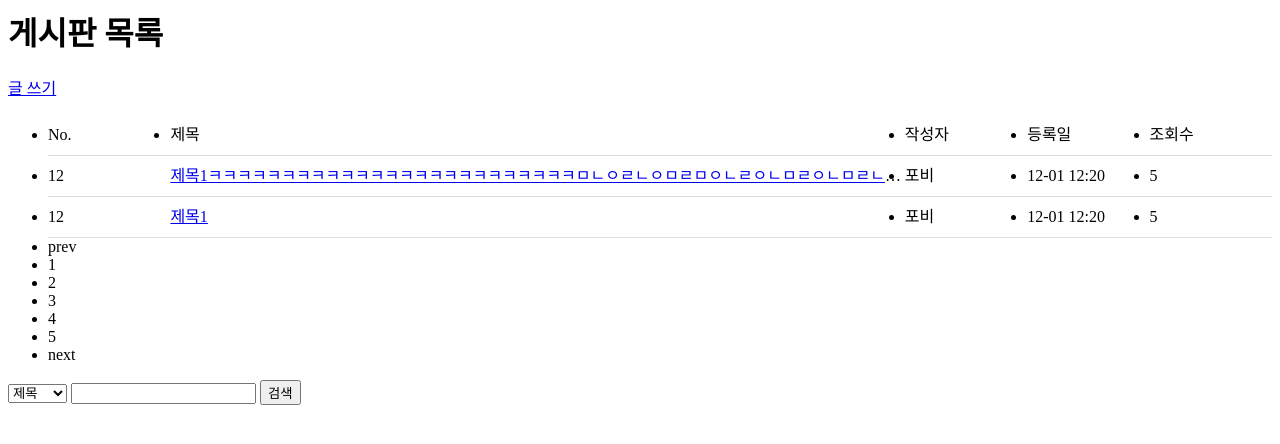
Repository: smg1024/StudySpring
Page: http://localhost/webSpringTest/WEB-INF/views/board/boardList.jsp
The author's editor kept a copy of each file at every save. The page is drawn from the files as they stood at one save, then again after the next save.
The browser window is 1280 px wide. The pictures show the whole page.
The page is served by Tomcat 9. Nobody is signed in. Other server files are loaded and not shown. The template is opened directly, without the code that normally fills it, so the values that code supplies are empty.

Above is the page before, as saved 2022-12-14 01:26:46.

### webSpringTest/src/main/webapp/WEB-INF/views/board/boardList.jsp
<%@ page language="java" contentType="text/html; charset=UTF-8"
    pageEncoding="UTF-8"%>
<%@ taglib uri="http://java.sun.com/jsp/jstl/core" prefix="c" %>
<link rel="stylesheet" href="/myapp/js_css/board.css" type="text/css">
<title>게시판 목록</title>
<div class="container">
	<h1>게시판 목록</h1>
	<div>
		<a href="/myapp/board/boardPost">글 쓰기</a>
	</div>
	<ul class="boardList">
		<li>No.</li>
		<li>제목</li>
		<li>작성자</li>
		<li>등록일</li>
		<li>조회수</li>

		<li>12</li>
		<li class="word-cut"><a href="/myapp/board/boardView?postno=#">제목1ㅋㅋㅋㅋㅋㅋㅋㅋㅋㅋㅋㅋㅋㅋㅋㅋㅋㅋㅋㅋㅋㅋㅋㅋㅋㅁㄴㅇㄹㄴㅇㅁㄹㅁㅇㄴㄹㅇㄴㅁㄹㅇㄴㅁㄹㄴㅇㅁㄴㅇㄹㅁㄹㄴㅇㅁㄹㄴㅇㅁㄴㅇㄹㅁㄴㅇㄹㅁㄴㅇㄹㅁㄹㅇ</a></li>
		<li>포비</li>
		<li>12-01 12:20</li>
		<li>5</li>

		<li>12</li>
		<li class="word-cut"><a href="/myapp/board/boardView?postno=#">제목1</a></li>
		<li>포비</li>
		<li>12-01 12:20</li>
		<li>5</li>
	</ul>
	<!-- 페이지 처리 -->
	<div>
		<ul>
			<li>prev</li>
			<li>1</li>
			<li>2</li>
			<li>3</li>
			<li>4</li>
			<li>5</li>
			<li>next</li>
		</ul>
	</div>
	<!-- 검색 기능 -->
	<div>
		<form action="/myapp/board/boardList">
			<select name="searchKey">
				<option>제목</option>
				<option>내용</option>
				<option>작성자</option>
			</select>
			<input type="text" name="searchValue" id="searchValue">
			<input type="submit" value="검색">
		</form>
	</div>
</div>

### webSpringTest/src/main/webapp/js_css/board.css
@charset "UTF-8";
/* 말 줄임 : 칸 넘어가면 ... */
.word-cut{
	white-space:nowrap;
	overflow:hidden;
	text-overflow:ellipsis;
}

/* 게시판 목록 */
.boardList>li{
	float:left;
	height:40px;
	line-height:40px;
	width:10%;
	border-bottom:1px solid #ddd;
}
.boardList>li:nth-child(5n+2) {
	width:60%;
}

After the next save:
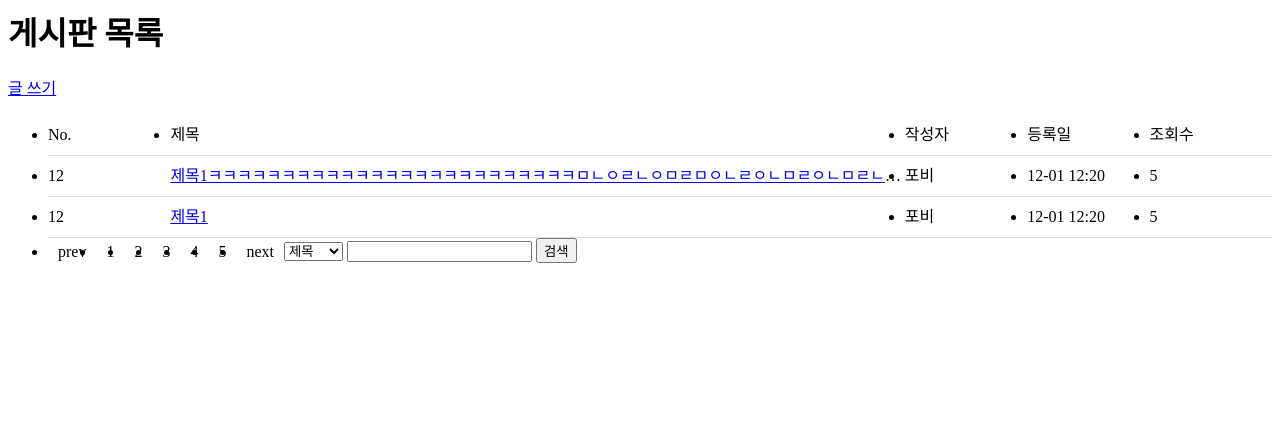
Saved 2 min 23 s later.
--- a/webSpringTest/src/main/webapp/WEB-INF/views/board/boardList.jsp
+++ b/webSpringTest/src/main/webapp/WEB-INF/views/board/boardList.jsp
@@ -28,7 +28,7 @@
 		<li>5</li>
 	</ul>
 	<!-- 페이지 처리 -->
-	<div>
+	<div class="pages">
 		<ul>
 			<li>prev</li>
 			<li>1</li>
--- a/webSpringTest/src/main/webapp/js_css/board.css
+++ b/webSpringTest/src/main/webapp/js_css/board.css
@@ -17,3 +17,9 @@
 .boardList>li:nth-child(5n+2) {
 	width:60%;
 }
+
+/* 페이징 */
+.pages>ul>li{
+	float:left;
+	padding:5px 10px;
+}
